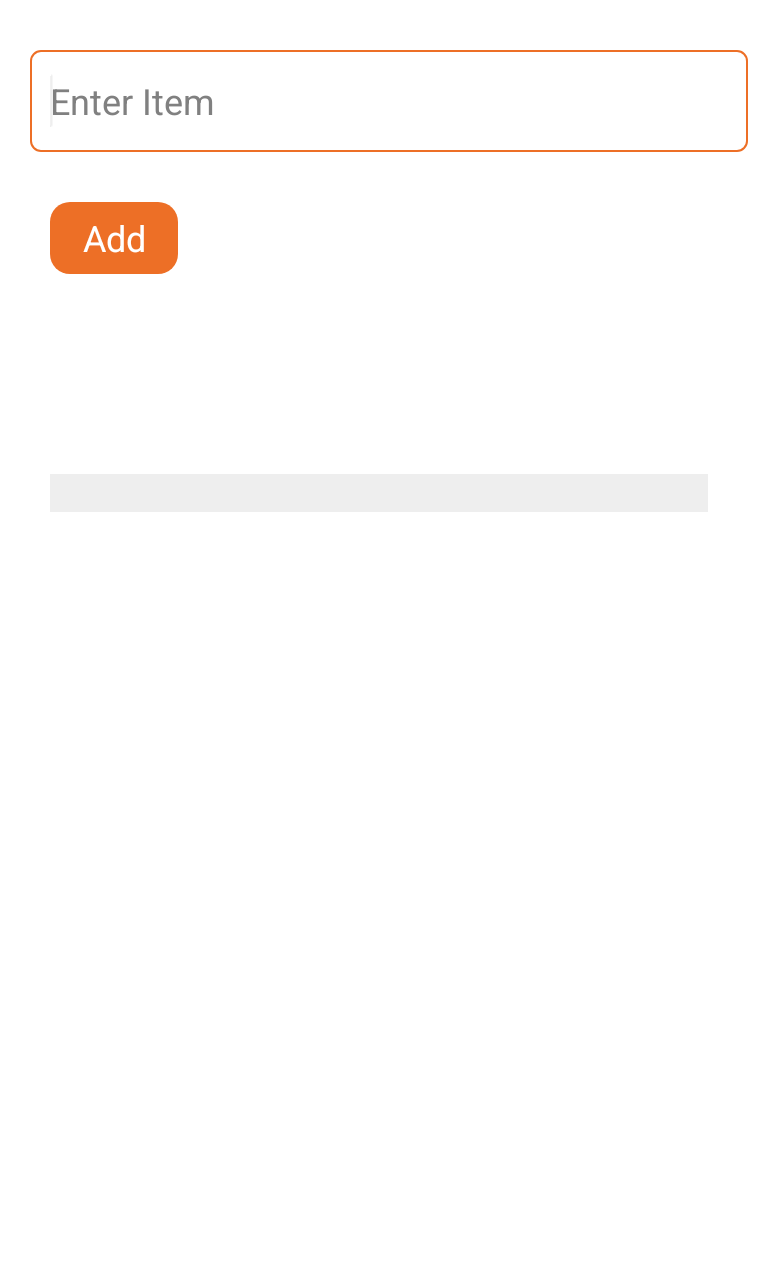
Repository: ianDervan/FYP_ShopSmart
Layout: FYP/ShopSmart/res/layout/activity_shopping_list.xml
An editor plug-in stored every save of this project. The layout is shown before and after the next save, followed by the edit.
It is drawn on a 768 x 1280 px phone screen (xhdpi) without system bars, with theme AppTheme; the app's code is not run.

Above is the layout before, as saved 2015-01-16 20:37:29.

### FYP/ShopSmart/res/layout/activity_shopping_list.xml
<?xml version="1.0" encoding="utf-8"?>
<LinearLayout xmlns:android="http://schemas.android.com/apk/res/android"
     android:layout_width="match_parent"
     android:layout_height="match_parent"
     android:orientation="vertical"
     android:padding="10dip" >

    <LinearLayout
        android:layout_width="fill_parent"
        android:layout_height="wrap_content"
        android:orientation="horizontal" >

        <AutoCompleteTextView
            android:id="@+id/autocomplete_country"
            android:layout_width="213dp"
            android:layout_height="51dp"
            android:layout_marginLeft="5dp"
            android:layout_marginTop="15dp"
            android:layout_weight="1"
            android:background="@drawable/customeditext"
            android:dropDownWidth="340dp"
            android:hint="Enter Item"
            android:paddingLeft="10dp" >

            <requestFocus />
        </AutoCompleteTextView>
	</LinearLayout>

    <LinearLayout
        android:layout_width="fill_parent"
        android:layout_height="wrap_content"
        android:orientation="horizontal"
        android:layout_marginTop="10dp">

        <Button
            android:id="@+id/btn_2"
            android:layout_width="wrap_content"
            android:layout_height="36dp"
            android:layout_marginLeft="15dp"
            android:layout_marginTop="15dp"
            android:background="@drawable/custombutton_lr"
            android:text="Add"
            android:textColor="#FFFFFF" />
    </LinearLayout>

     <LinearLayout
         android:layout_width="fill_parent"
         android:layout_height="wrap_content"
         android:layout_marginTop="50dp"
         android:orientation="vertical" >


         <ScrollView
             android:id="@+id/ScrollView01"
             android:layout_width="match_parent"
             android:layout_height="0dp"
             android:layout_weight="1.20"
             android:layout_marginTop="50dp" >

             <TextView
                 android:id="@+id/txtMsg"
                 android:layout_width="match_parent"
                 android:layout_height="wrap_content"
                 android:layout_marginLeft="15dp"
                 android:layout_marginRight="20dp"
                 android:background="#ffeeeeee" />
         </ScrollView>

     </LinearLayout>
 </LinearLayout>

### FYP/ShopSmart/res/drawable/customeditext.xml
<?xml version="1.0" encoding="utf-8"?>

<shape xmlns:android="http://schemas.android.com/apk/res/android"
	android:shape="rectangle" android:padding="10dp">
	<solid android:color="#FFFFFF" />
	<corners
	    android:bottomRightRadius="5dp"
		android:bottomLeftRadius="5dp"
		android:topLeftRadius="5dp"
		android:topRightRadius="5dp" />
	<stroke android:width="1dip" android:color="#ED6F26"/>

</shape>

### FYP/ShopSmart/res/drawable/custombutton_lr.xml
<?xml version="1.0" encoding="utf-8"?>

<shape xmlns:android="http://schemas.android.com/apk/res/android"
     android:shape="rectangle">
     <solid android:color="#ED6F26"/>
     <corners android:bottomLeftRadius="10dp"
         android:bottomRightRadius="10dp"
         android:topLeftRadius="10dp"
         android:topRightRadius="10dp"/>
 </shape>

Loaded but not shown: FYP/ShopSmart/res/values/styles.xml (common file); FYP/ShopSmart/res/values-v11/styles.xml (common file); FYP/ShopSmart/res/values-v14/styles.xml (common file)

After the next save:
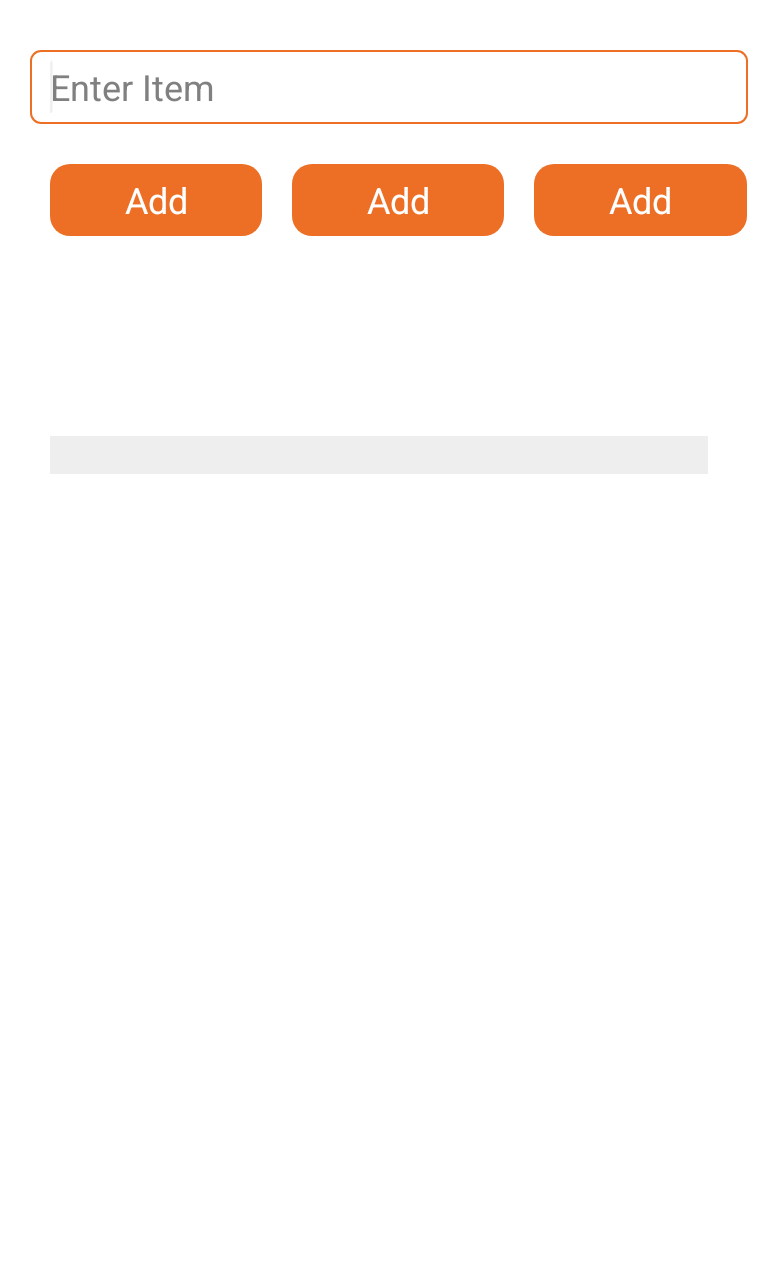
Saved 2 min 36 s later.
--- a/FYP/ShopSmart/res/layout/activity_shopping_list.xml
+++ b/FYP/ShopSmart/res/layout/activity_shopping_list.xml
@@ -12,11 +12,10 @@
 
         <AutoCompleteTextView
             android:id="@+id/autocomplete_country"
-            android:layout_width="213dp"
-            android:layout_height="51dp"
+            android:layout_width="match_parent"
+            android:layout_height="37dp"
             android:layout_marginLeft="5dp"
             android:layout_marginTop="15dp"
-            android:layout_weight="1"
             android:background="@drawable/customeditext"
             android:dropDownWidth="340dp"
             android:hint="Enter Item"
@@ -29,15 +28,38 @@
     <LinearLayout
         android:layout_width="fill_parent"
         android:layout_height="wrap_content"
-        android:orientation="horizontal"
-        android:layout_marginTop="10dp">
+        android:layout_marginTop="10dp"
+        android:orientation="horizontal" >
+
+        <Button
+            android:id="@+id/Button02"
+            android:layout_width="wrap_content"
+            android:layout_height="36dp"
+            android:layout_marginLeft="15dp"
+            android:layout_marginTop="10dp"
+            android:layout_weight="0.1"
+            android:background="@drawable/custombutton_lr"
+            android:text="Add"
+            android:textColor="#FFFFFF" />
+
+        <Button
+            android:id="@+id/Button01"
+            android:layout_width="wrap_content"
+            android:layout_height="36dp"
+            android:layout_weight="0.1"
+            android:layout_marginLeft="15dp"
+            android:layout_marginTop="10dp"
+            android:background="@drawable/custombutton_lr"
+            android:text="Add"
+            android:textColor="#FFFFFF" />
 
         <Button
             android:id="@+id/btn_2"
             android:layout_width="wrap_content"
             android:layout_height="36dp"
+            android:layout_weight="0.1"
             android:layout_marginLeft="15dp"
-            android:layout_marginTop="15dp"
+            android:layout_marginTop="10dp"
             android:background="@drawable/custombutton_lr"
             android:text="Add"
             android:textColor="#FFFFFF" />
